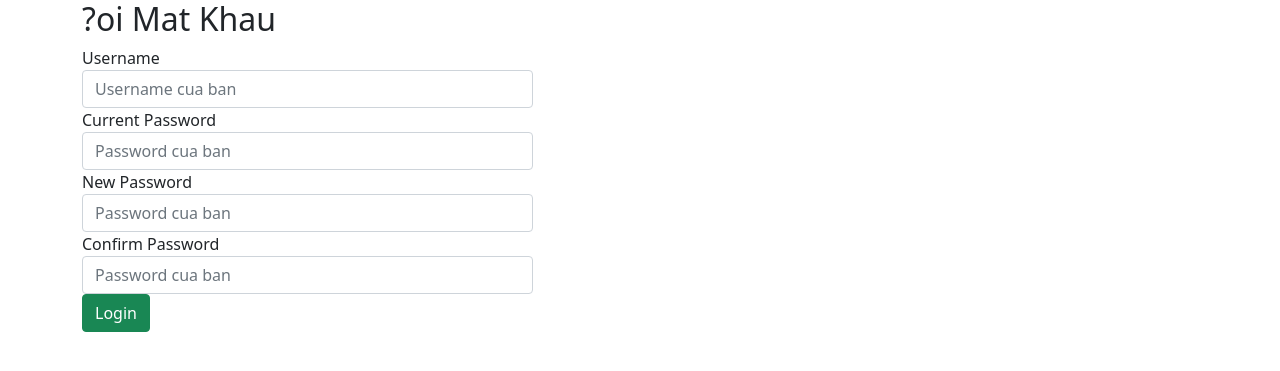
Repository: kiennd3921/AssJava4
Page: http://localhost/Assignment/view/auth/DoiMatKhau.jsp
The author's editor kept a copy of each file at every save. The page is drawn from the files as they stood at one save, then again after the next save.
The browser window is 1280 px wide. The pictures show the whole page.
The page is served by Tomcat 9. Other server files are loaded and not shown.

Above is the page before, as saved 2021-04-15 15:07:49.

### PT15307-UD/Assignment/WebContent/view/auth/DoiMatKhau.jsp
<%@ page language="java" contentType="text/html; charset=ISO-8859-1"
	pageEncoding="UTF-8"%>
<!DOCTYPE html>
<html>
<head>
<meta charset="UTF-8">
<meta name="viewport" content="width = device-width, initial-scale=1.0">
<title>Insert title here</title>
<%@ taglib uri="http://java.sun.com/jstl/core_rt" prefix="c"%>
<link rel="stylesheet" type="text/css">
<link
	href="https://cdn.jsdelivr.net/npm/bootstrap@5.0.0-beta2/dist/css/bootstrap.min.css"
	rel="stylesheet"
	integrity="sha384-BmbxuPwQa2lc/FVzBcNJ7UAyJxM6wuqIj61tLrc4wSX0szH/Ev+nYRRuWlolflfl"
	crossorigin="anonymous">

</head>
<body>
	<div class="container">
		<div class="row">
			<div class="col-md-5">
				<form>
					<h2>Đoi Mat Khau</h2>
					<div class="form-group">
						<label>Username</label> <input type="text" class="form-control"
							placeholder="Username cua ban" required name="">
					</div>
					<div class="form-group">
						<label>Current Password</label> <input type="password"
							class="form-control" placeholder="Password cua ban" required
							name="">
					</div>
					<div class="form-group">
						<label>New Password</label> <input type="password"
							class="form-control" placeholder="Password cua ban" required
							name="">
					</div>
					<div class="form-group">
						<label>Confirm Password</label> <input type="password"
							class="form-control" placeholder="Password cua ban" required
							name="">
					</div>
					<div class="form-group">
						<button class="btn btn-success" type="submit">Login</button>
					</div>
				</form>
			</div>
		</div>
	</div>
</body>
</html>

After the next save:
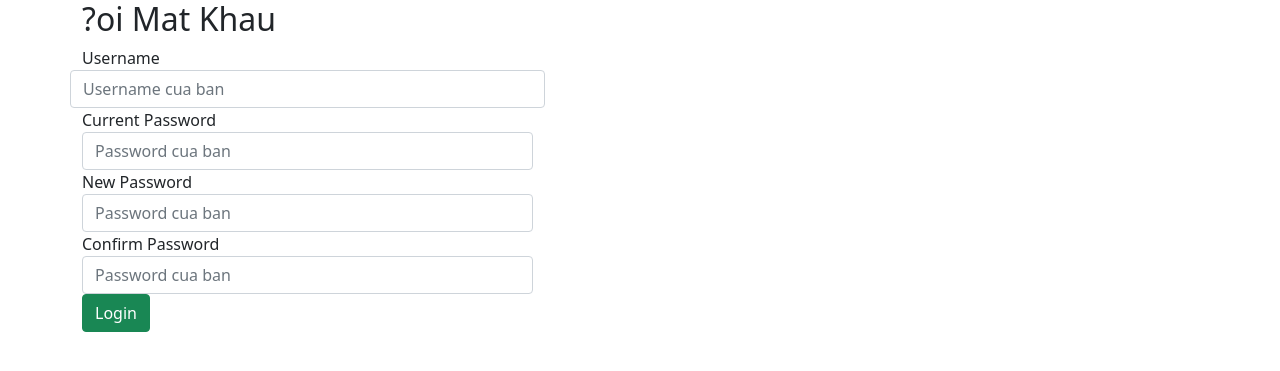
Saved 4 min 58 s later.
--- a/PT15307-UD/Assignment/WebContent/view/auth/DoiMatKhau.jsp
+++ b/PT15307-UD/Assignment/WebContent/view/auth/DoiMatKhau.jsp
@@ -21,17 +21,17 @@
 			<div class="col-md-5">
 				<form>
 					<h2>Đoi Mat Khau</h2>
-					<div class="form-group">
+					<div class="row">
 						<label>Username</label> <input type="text" class="form-control"
 							placeholder="Username cua ban" required name="">
 					</div>
 					<div class="form-group">
-						<label>Current Password</label> <input type="password"
-							class="form-control" placeholder="Password cua ban" required
-							name="">
+						<label>Current Password</label>
+						<input type="password" class="form-control" placeholder="Password cua ban" required name="">
 					</div>
 					<div class="form-group">
-						<label>New Password</label> <input type="password"
+						<label>New Password</label>
+						<input type="password"
 							class="form-control" placeholder="Password cua ban" required
 							name="">
 					</div>
